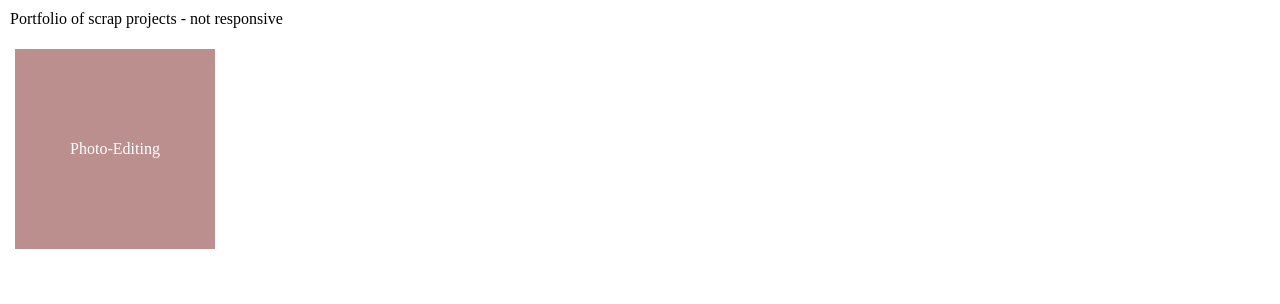
Repository: josephinel6/simple-editing
Page: index.html
An editor plug-in stored every save of this project. The page is shown before and after the next save, followed by the edit.
The browser window is 1280 px wide. The pictures show the whole page.
The page's requests for data from a server got no answer.

Above is the page before, as saved 2023-05-24 08:57:19.

After the next save:
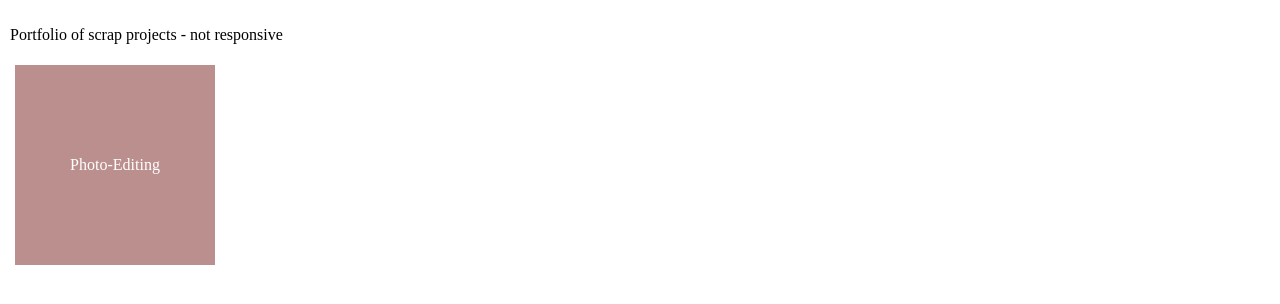
Saved 14 s later.
--- a/index.html
+++ b/index.html
@@ -54,9 +54,8 @@
 <body>
     <div id="nav-placeholder"></div>
     <div class="tabcontent">
-        Portfolio of scrap projects
-        - not responsive
-        <p></p>
+        <p> Portfolio of scrap projects
+            - not responsive</p>
         <div class="box">
             <div class="boxinside" onclick="location.href='photos.html'">
                 <div class="box-front"
